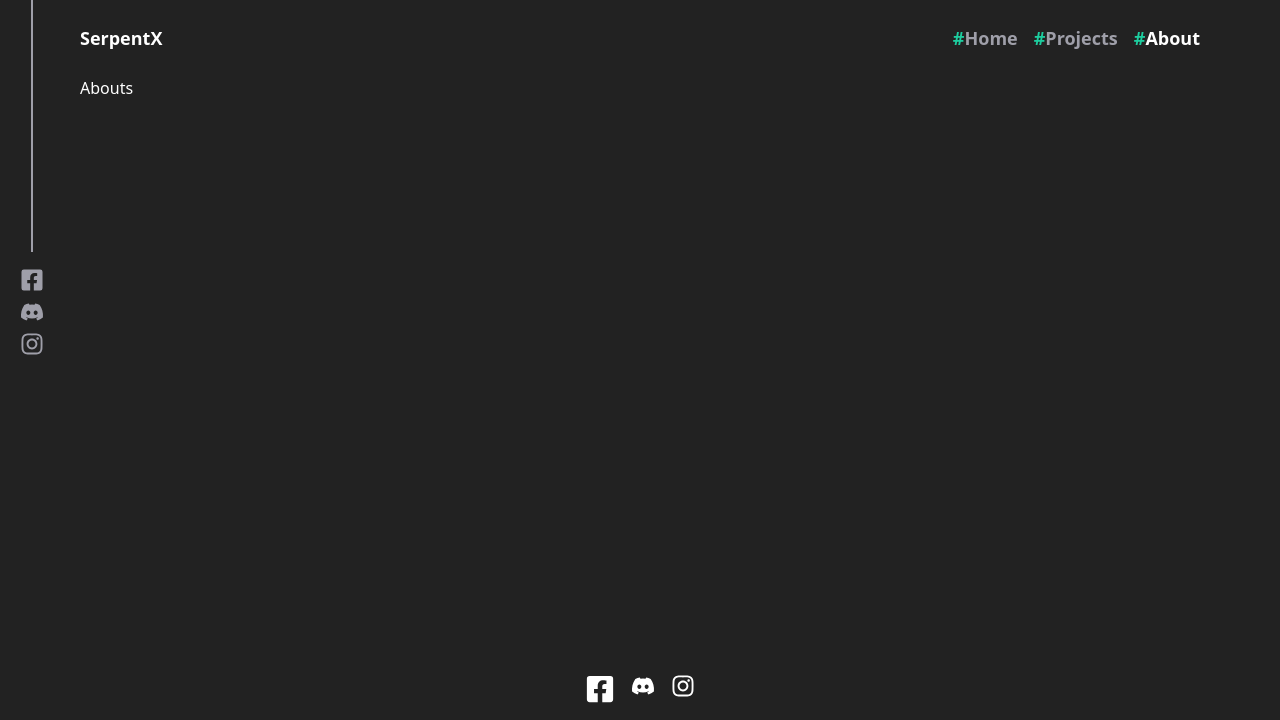
Repository: SERPENTX03/Portfolio-Tutorial
Page: /about
The author's editor kept a copy of each file at every save. The page is drawn from the files as they stood at one save, then again after the next save.
The browser window is 1280 px wide. The pictures show the whole page.
The project was rebuilt for these pictures with package versions that can differ from the ones it lists, and the page was loaded fresh each time. The framework's server and built-in components were replaced by stand-ins that run in the browser. Also part of the build but not shown: next.config.ts.

Above is the page before, as saved 2025-04-19 20:33:31.

After the next save:
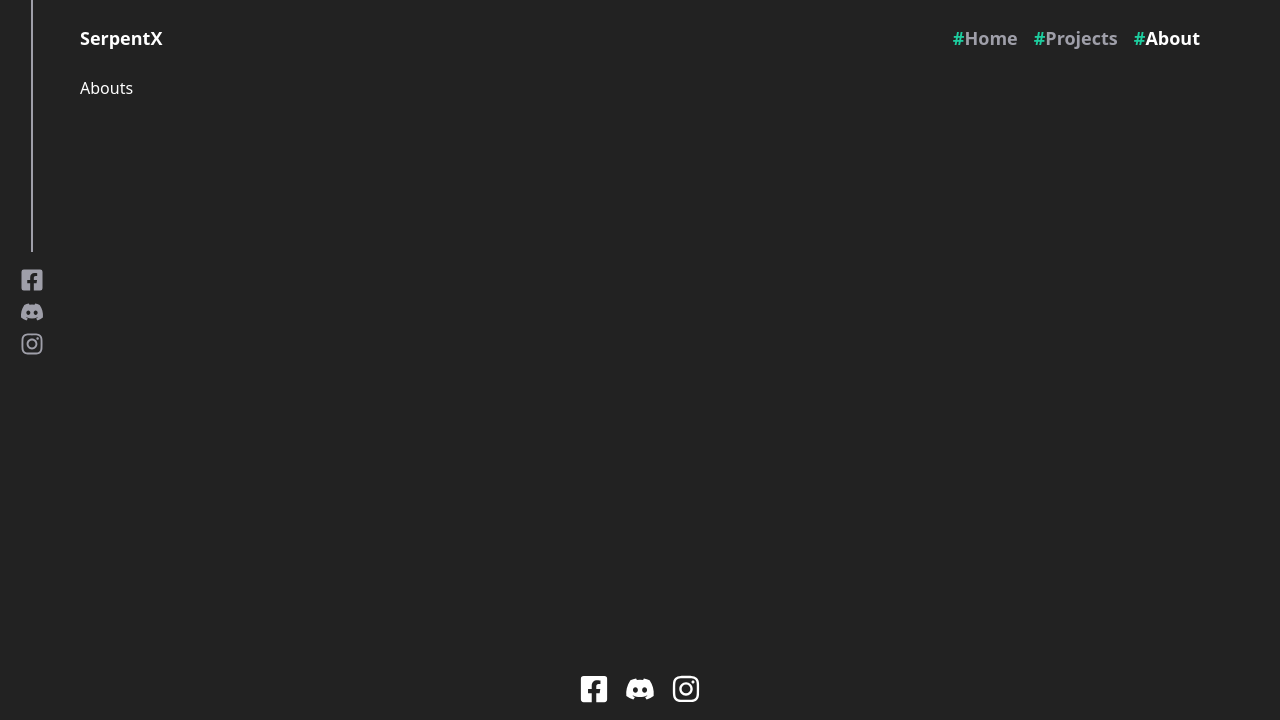
Saved 7 s later.
--- a/components/nav/MenuHamburger.tsx
+++ b/components/nav/MenuHamburger.tsx
@@ -67,10 +67,10 @@ const MenuHamburger = () => {
           <FaFacebookSquare size={30} />
         </Link>
         <Link target="_blank" href="https://discord.gg/serpentx">
-          <FaDiscord size={24} />
+          <FaDiscord size={30} />
         </Link>
         <Link target="_blank" href="https://www.instagram.com/serpentx.dev">
-          <FaInstagram size={24} />
+          <FaInstagram size={30} />
         </Link>
       </div>
     </>
